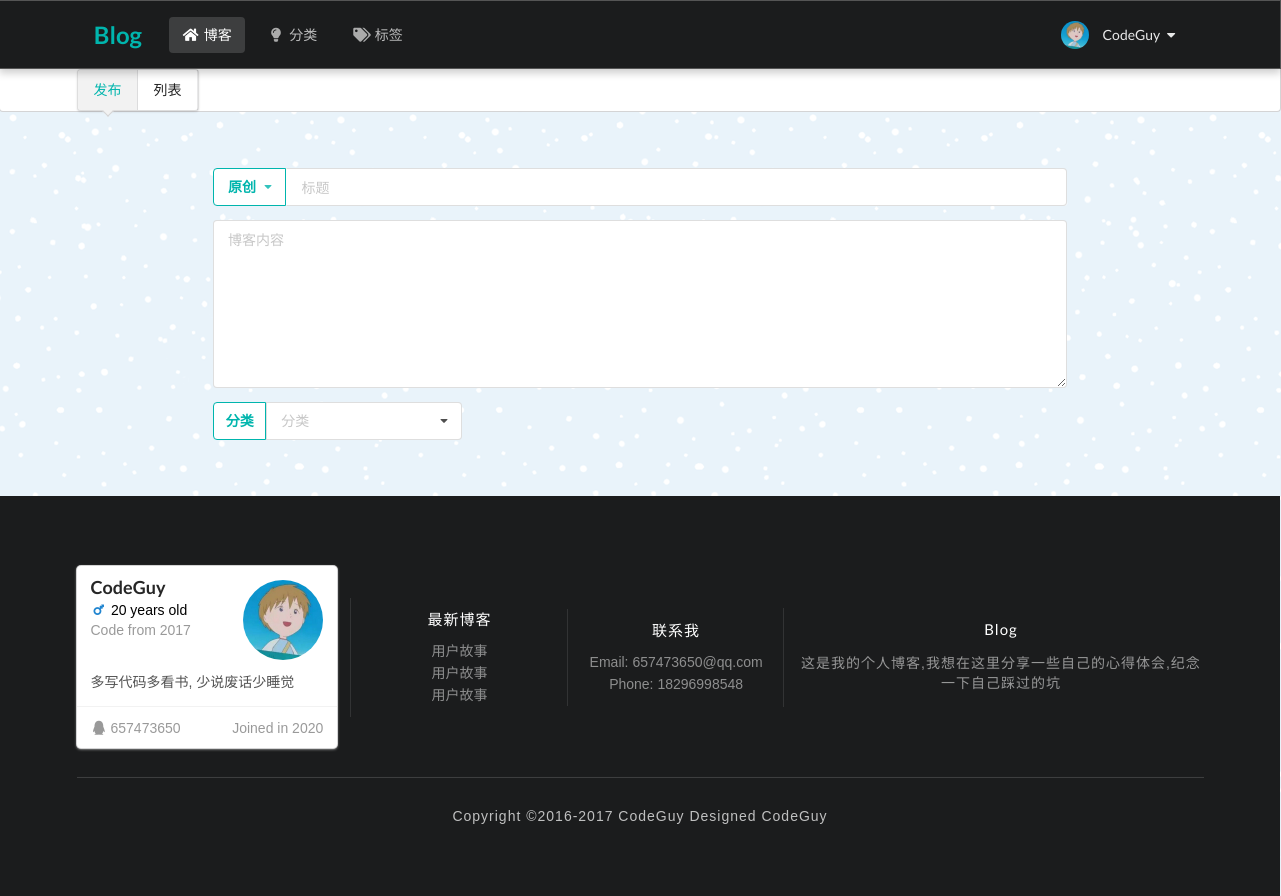
Repository: GOGOHQ/myblog
Page: admin/blog_input.html
These files come from the project's save history. The page is drawn as it stood at one moment and after the next save; the edit follows.
The browser window is 1280 px wide. The page is 1281 px wide, so the pictures cover 1281 px, including what lies to the right of the window. The pictures show the whole page.
Some web libraries are served in a nearby version.

Above is the page before, as saved 2020-01-19 09:09:05.

### admin/blog_input.html
<!DOCTYPE html>
<html lang="en">
<!-- shift alt + b -->

<head>
    <meta charset="UTF-8">
    <meta name="viewport" content="width=device-width, inital-scale=1.0">
    <title>博客发布</title>
    <link rel="stylesheet" href="../static/css/me.css">
    <link rel="stylesheet" href="https://cdn.jsdelivr.net/semantic-ui/2.2.4/semantic.min.css">

</head>

<body style="background-image: url(../static/images/blue-snow.png);">
<!-- 导航 -->
<nav class="ui inverted attached segment m-padded-tb-mini m-shadow-small">
    <div class="ui container">
        <div class="ui secondary stackable inverted menu">
            <h2 class="ui teal header item">Blog</h2>
            <a href="" class="active m-item m-mobile-hide item"><i class="home icon"></i>博客</a>
            <a href="" class="m-item m-mobile-hide item"><i class="idea icon"></i>分类</a>
            <a href="" class="m-item m-mobile-hide item"><i class="tags icon"></i>标签</a>
            <div class="right menu">
                <div class="ui dropdown item m-mobile-hide m-item" style="padding-left:5px">
                    <div class="text">
                        <img class="ui avatar image" src="../static/images/avatar.jpg"> CodeGuy
                        <i class="dropdown icon"></i>
                    </div>

                    <div class="menu">
                        <div class="item"><i class="power off icon"></i>注销</div>
                    </div>
                </div>
            </div>
            <a href="#" class="menu toggle ui black icon button m-top-right m-mobile-show">
                <i class="icon sidebar"></i>
            </a>
        </div>
    </div>
</nav>
<div class="ui bottom attached pointing menu">
    <div class="ui container">
        <div class="ui left menu">
            <a href="#" class="active teal item">发布</a>
            <a href="#" class="teal item">列表</a>
        </div>
    </div>
</div>
<!-- 内容 -->
<div class="m-padded-tb-big m-small-container">
    <div class="ui container">
        <form action="#" method="POST" class="ui form">
            <div class="field">
                <div class="ui left labeled input">
                    <div class="ui selection teal basic compact dropdown label">
                        <input type="hidden" value="原创">
                        <i class="dropdown icon"></i>
                        <div class="text">原创</div>
                        <div class="menu">
                            <div class="item" data-value="原创">原创</div>
                            <div class="item" data-value="转载">转载</div>
                            <div class="item" data-value="翻译">翻译</div>
                        </div>
                    </div>
                    <input type="text" name="title" placeholder="标题">
                </div>
            </div>
            <div class="field">
                <textarea placeholder="博客内容" name="content"></textarea>
            </div>
            <div class="two fileds">
                <div class="field">
                    <div class="ui left labeled action input">
                        <label class="ui compact teal basic label">分类</label>
                        <div class="ui selection dropdown">
                            <input type="hidden">
                            <i class="dropdown icon"></i>
                            <div class="default text">分类</div>
                            <div class="menu">
                                <div class="item" data-value="1">错误日志</div>
                                <div class="item" data-value="2">开发者手册</div>
                            </div>
                        </div>
                    </div>
                </div>
                <div class="field"></div>
            </div>
        </form>
    </div>
</div>
<!-- 底部 -->
<footer class="ui inverted vertical segment  m-padded-tb-massive ">
    <div class="ui center aligned container ">
        <div class="ui inverted stackable divided grid fluid ">
            <div class="four wide column left aligned ">
                <div class="ui fluid card ">
                    <div class="content ">
                        <img class="right circular floated tiny ui image " src="../static/images/avatar.jpg ">
                        <div class="header ">
                            CodeGuy
                        </div>
                        <div class="meta ">
                            <i class="icon blue mars stroke " style="margin:0px "></i>
                            <text style="color:black; ">20 years old</text>
                        </div>
                        <div class="meta ">
                            Code from 2017
                        </div>
                        <div class="description ">
                            多写代码多看书, 少说废话少睡觉
                        </div>
                    </div>
                    <div class="extra content ">
                        <a>
                            <i class="qq icon "></i>657473650
                        </a>
                        <span class="right floated ">
                                    Joined in 2020
                                  </span>
                    </div>
                </div>
            </div>
            <div class="center middle aligned three wide column ">
                <h4 class="ui inverted header m-text-thin m-text-spaced ">最新博客</h4>
                <div class="ui inverted link list ">
                    <a href="# " class="item ">用户故事</a>
                    <a href="# " class="item ">用户故事</a>
                    <a href="# " class="item ">用户故事</a>
                </div>
            </div>
            <div class="center aligned three wide column middle aligned ">
                <h4 class="ui inverted header m-text-thin m-text-spaced ">联系我</h4>
                <div class="ui inverted link list ">
                    <a href="# " class="item ">Email: 657473650@qq.com</a>
                    <a href="# " class="item ">Phone: 18296998548</a>

                </div>
            </div>
            <div class="six wide middle aligned column ">
                <h4 class="ui inverted header m-text-thin m-text-spaced ">Blog</h4>
                <p class="m-text-thin m-text-spaced m-text-tiny-opacity ">这是我的个人博客,我想在这里分享一些自己的心得体会,纪念一下自己踩过的坑</p>
            </div>
        </div>
        <div class="ui inverted section divider "></div>
        <p class="m-text-thin m-text-spaced m-text-mini-opacity ">Copyright ©2016-2017 CodeGuy Designed CodeGuy</p>
    </div>
</footer>
</body>
<script src="https://cdn.jsdelivr.net/npm/jquery@3.2/dist/jquery.min.js"></script>
<script src="https://cdn.jsdelivr.net/semantic-ui/2.2.4/semantic.min.js"></script>
<script>
    $('.menu.toggle').click(function () {
        $('.m-item').fadeToggle().toggleClass('m-mobile-hide')
    });
    $('.ui.dropdown').dropdown();
</script>

</html>

### static/css/me.css
/* postion */

.m-top-right {
    position: absolute !important;
    top: 0;
    right: 0;
}


/*margin*/

.m-margin-tb-tiny {
    margin-top: 0.3em !important;
    margin-bottom: 0.3em !important;
}

.m-margin-top-small {
    margin-top: 0.5em !important;
}

.m-margin-lr-small {
    margin-right: 0.5em !important;
}

.m-margin-bottom-small {
    margin-bottom: 1em !important;
}

.m-margin-top-large {
    margin-top: 2em !important;
}

.m-margin-top {
    margin-top: 1em !important;
}

body {
    font-family: "WenQuanYi Micro Hei", sans-serif !important;
}


/* padding */

.m-padded-lr-responsive {
    padding-left: 3.5em !important;
    padding-right: 3.5em !important;
}

.m-padded-mini {
    padding: 0.2em !important;
}

.m-padded-tiny {
    padding: 0.3em !important;
}

.m-padded-small {
    padding: 0.5em !important;
}

.m-padded-tb-mini {
    padding-top: 0.2em !important;
    padding-bottom: 0.2em !important;
}

.m-padded-top-middle {
    padding-top: 40px !important
}

.m-padded-tb-massive {
    padding-top: 5em !important;
    padding-bottom: 5em !important;
}

.m-padded-tb-large {
    padding-top: 2em !important;
    padding-bottom: 2em !important;
}

.m-padded-tb-big {
    padding-top: 3em !important;
    padding-bottom: 3em !important;
}

.m-padded-tb-tiny {
    padding-top: 0.3em !important;
    padding-bottom: 0.3em !important;
}

.m-padded-tb-huge {
    padding-top: 4em !important;
    padding-bottom: 4em !important;
}

.m-padded-tb {
    padding-top: 1em !important;
    padding-bottom: 1em !important;
}

.m-padded-tb-small {
    padding-top: 0.5em !important;
    padding-bottom: 0.5em !important;
}


/* shadow */

.m-shadow-small {
    -webkit-box-shadow: 0 4px 8px rgba(0, 0, 0, 0.2) !important;
    box-shadow: 0 4px 8px rgba(0, 0, 0, 0.2) !important;
}

.m-top-shadow {
    -webkit-box-shadow: 0 4px 8px rgba(0, 0, 0, 0.3) !important;
    box-shadow: 8px 0px 20px rgba(0, 0, 0, 0.6) !important;
}


/* color */

.m-black {
    color: #333 !important;
}


/* text */

.m-label-text {
    line-height: 1.6 !important;
    font-weight: 550 !important;
    letter-spacing: 1px !important;
    opacity: 0.85 !important;
}

.m-label-text-big {
    font-weight: 700 !important;
    letter-spacing: 1px !important;
    opacity: 0.9 !important;
}

.m-text-thin {
    font-weight: 400 !important
}

.m-text-spaced {
    letter-spacing: 1px !important
}

.m-text-lined {
    line-height: 1.8 !important
}

.m-text-mini-opacity {
    opacity: 0.8 !important
}

.m-text-tiny-opacity {
    opacity: 0.6 !important
}

.m-text {
    line-height: 1.6 !important;
    font-weight: 400 !important;
    letter-spacing: 1px !important;
    opacity: 0.8 !important
}

.m-info-text {
    line-height: 1.6 !important;
    font-weight: 600 !important;
    letter-spacing: 1px !important;
    opacity: 0.8 !important;
    color: #333 !important;
}


/* display */

.m-inline-block {
    display: inline-block !important;
}


/* container */

.m-container {
    max-width: 78em !important;
    margin: auto !important;
}

.m-small-container {
    max-width: 61em !important;
    margin: auto !important;
}

.m-mobile-show {
    display: none !important;
}

.sbtn {
    margin: 0 !important;
    margin-right: 120px !important;
}

.sinput {
    margin: 0 !important;
    margin-left: 12px !important;
}

.m-tb-mobile-lr {
    margin-left: 0px !important;
}

@media screen and (max-width: 768px) {
    .m-mobile-hide {
        display: none !important;
    }

    .m-mobile-show {
        display: block !important;
    }

    .m-padded-lr-responsive {
        padding-left: 0 !important;
        padding-right: 0 !important;
    }

    .m-mobile-lr-clear {
        padding-right: 0 !important;
        padding-left: 0 !important;
    }

    .m-tb-mobile-lr {
        padding-left: 12px !important;
    }

    .sbtn {
        margin-top: 10px !important;
        margin-right: 12px !important;
        margin-left: 9px !important;
    }

    .sinput {
        margin-top: 10px !important;
        margin-right: 12px !important;
    }
}

After the next save:
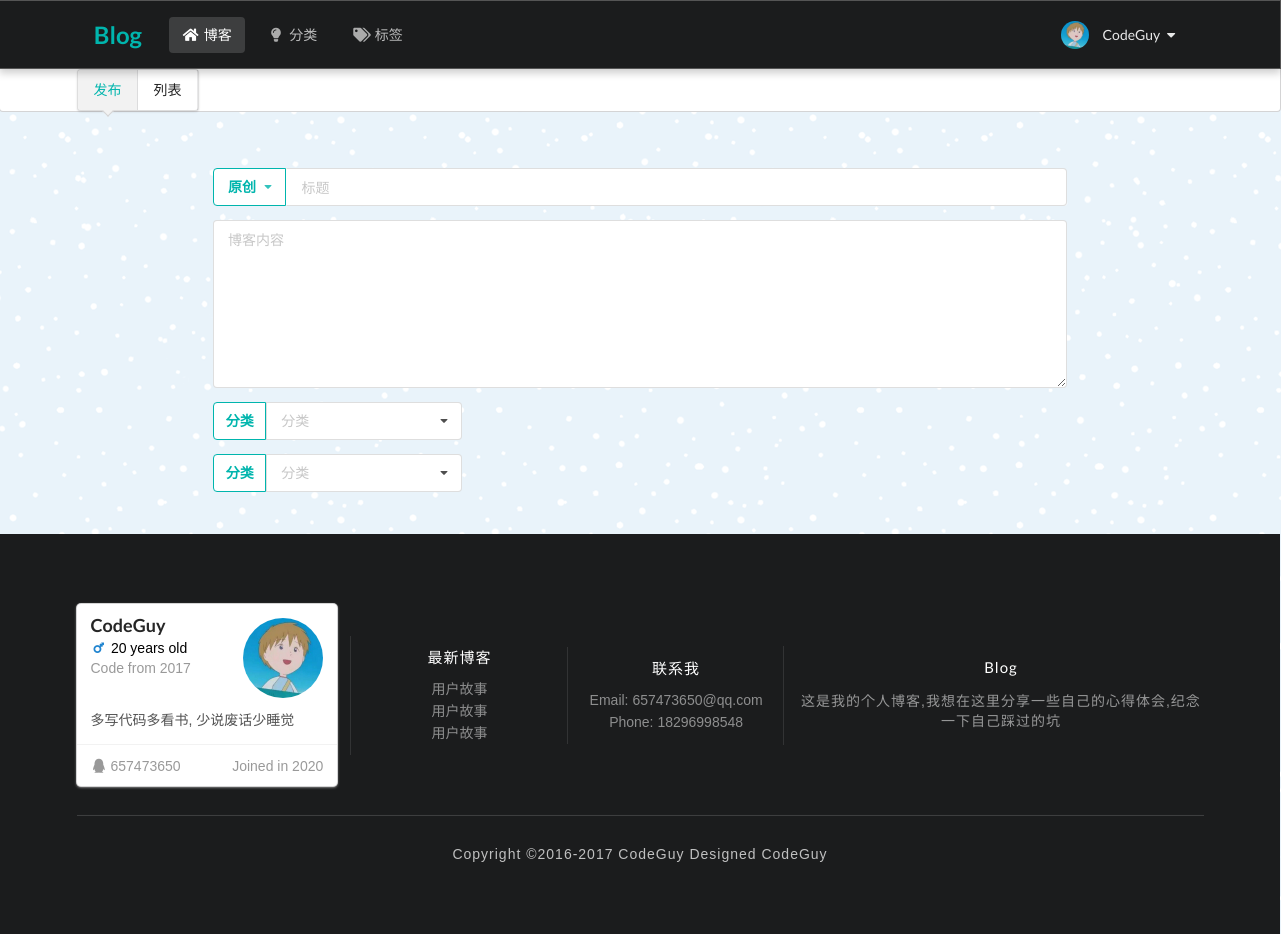
Saved 53 s later.
--- a/admin/blog_input.html
+++ b/admin/blog_input.html
@@ -83,7 +83,20 @@
                         </div>
                     </div>
                 </div>
-                <div class="field"></div>
+                <div class="field">
+                    <div class="ui left labeled action input">
+                        <label class="ui compact teal basic label">分类</label>
+                        <div class="ui selection dropdown">
+                            <input type="hidden">
+                            <i class="dropdown icon"></i>
+                            <div class="default text">分类</div>
+                            <div class="menu">
+                                <div class="item" data-value="1">错误日志</div>
+                                <div class="item" data-value="2">开发者手册</div>
+                            </div>
+                        </div>
+                    </div>
+                </div>
             </div>
         </form>
     </div>
